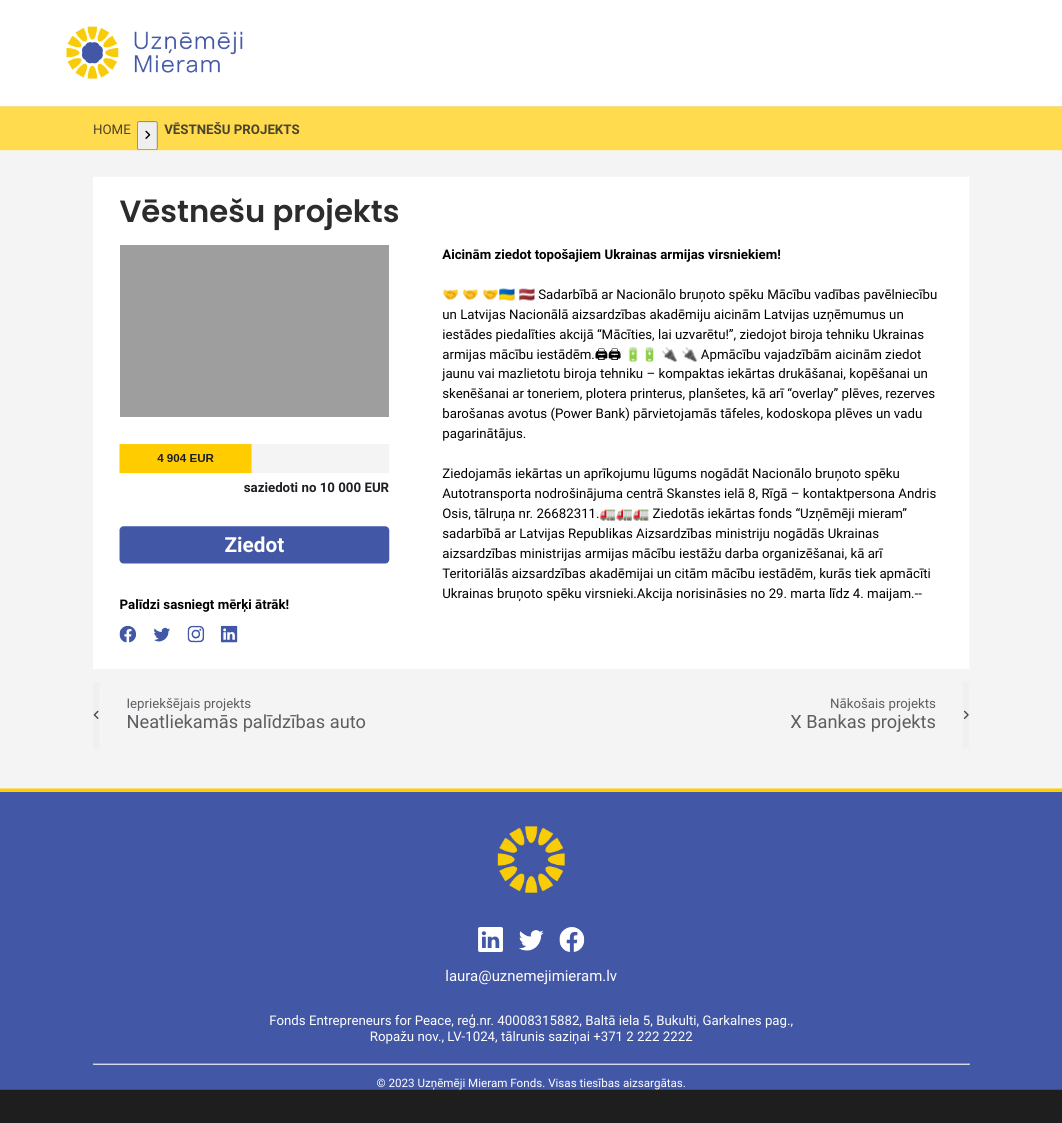
Repository: KatrinaPa/projekts11
Page: projekts-ambassadors.html
The author's editor kept a copy of each file at every save. The page is drawn from the files as they stood at one save, then again after the next save.
The browser window is 1280 px wide. The pictures show the whole page, at 83% of full size.
Pictures or frames that could not be fetched are drawn as grey boxes.

Above is the page before, as saved 2023-05-30 22:23:23.
Console error: TypeError: Cannot read properties of null (reading 'children')

After the next save:
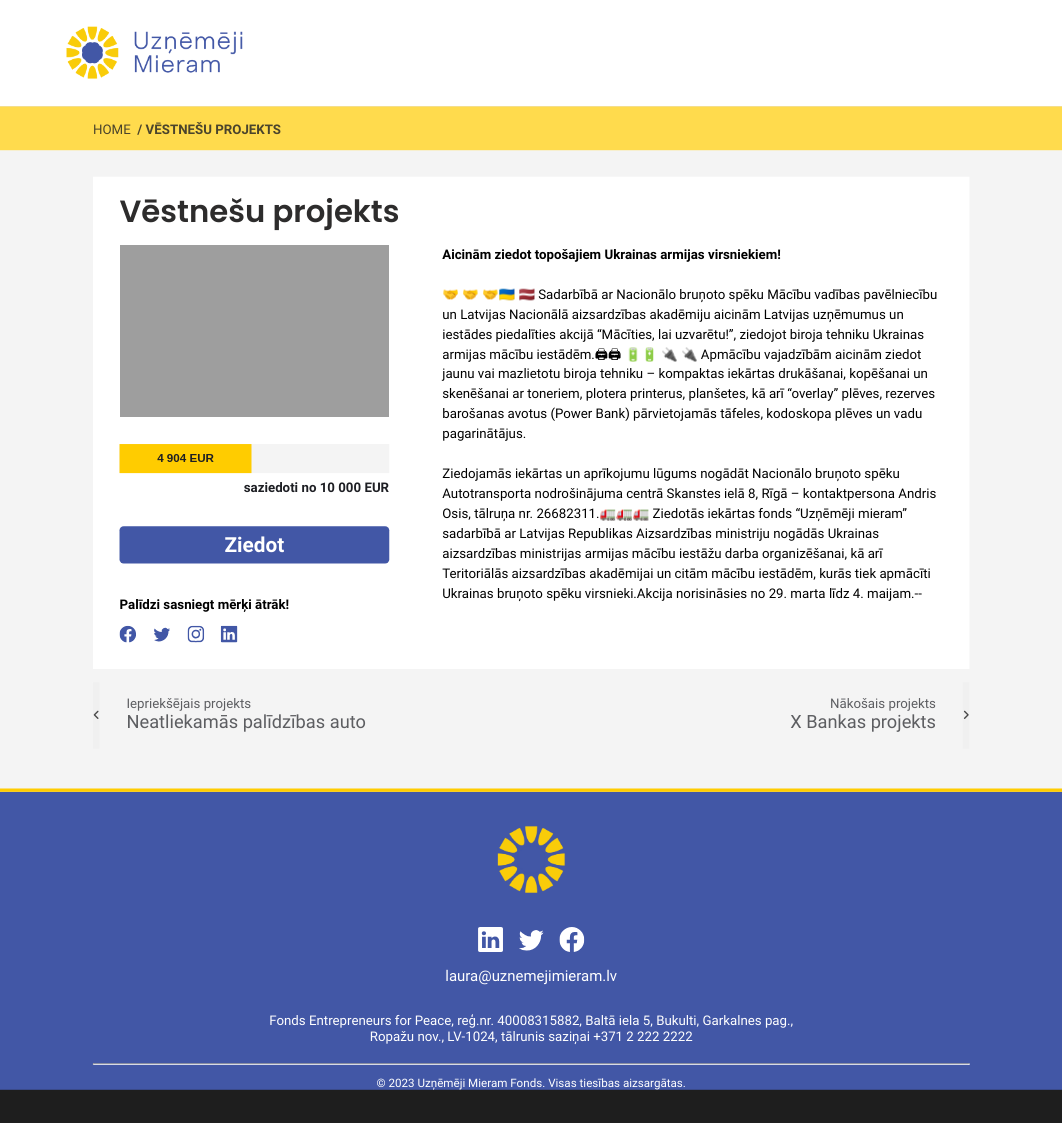
Saved 14 s later.
--- a/projekts-ambassadors.html
+++ b/projekts-ambassadors.html
@@ -42,10 +42,7 @@
             <section id="wrapper_project" class="section_project">
                 <div class="project-nav">
                     <a href="sakums.html" id="project-nav-home">HOME</a>
-                    <button class="project-nav-next">
-                        <i id="right" class="fa-solid fa-angle-right"></i>
-                    </button>
-                    <p>VĒSTNEŠU PROJEKTS</p>
+                    <p>/ VĒSTNEŠU PROJEKTS</p>
                 </div>
                 <div class="carousel_project">
                     <h1>Vēstnešu projekts</h1>
